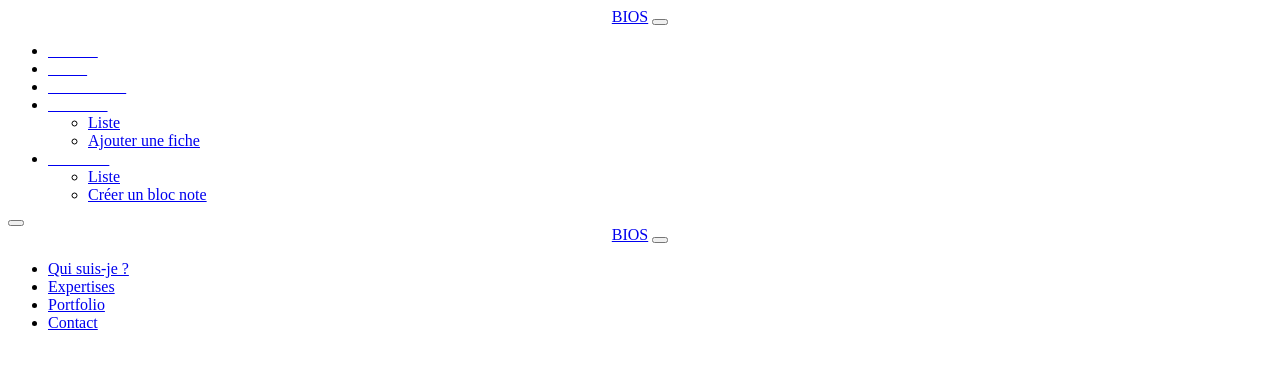
Repository: DSkillz/ABCDepanPC_Interventions
Page: menu.html
The author's editor kept a copy of each file at every save. The page is drawn from the files as they stood at one save, then again after the next save.
The browser window is 1280 px wide. The pictures show the whole page.

Above is the page before, as saved 2022-04-29 17:42:53.

### menu.html
	<div class="navbar navbar-inverse navbar-fixed-top headroom">
		<div class="container">
			<div class="navbar-header" align="center">
				<a href="#" class="myButton">BIOS</a>
				<!-- Button for smallest screens -->
				<button type="button" class="navbar-toggle" data-toggle="collapse" data-target=".navbar-collapse"><span
						class="icon-bar"></span> <span class="icon-bar"></span> <span class="icon-bar"></span> </button>
				<a class="navbar-brand" href="index.html">
					<!--<img src="assets/images/logo.png" alt="Progressus HTML5 template">--></a>
			</div>


			<div class="navbar-collapse collapse">
				<ul class="nav navbar-nav pull-right">
					<li><a href="intervention.php">
							<font color="#FFFFFF">Accueil</font>
						</a></li>
					<li><a href="client.php">
							<font color="#FFFFFF">Client</font>
						</a></li>
					<li><a href="intervention_liste.php">
							<font color="#FFFFFF">Intervention</font>
						</a></li>
					<li class="dropdown">
						<a href="#" class="dropdown-toggle" data-toggle="dropdown">
							<font color="#FFFFFF">Occasion</font><b class="caret"></b>
						</a>
						<ul class="dropdown-menu">
							<li class="active"><a href="occasion_liste.php">Liste</a></li>
							<li><a href="occasion.php">Ajouter une fiche</a></li>
						</ul>
					</li>
					<li class="dropdown">
						<a href="#" class="dropdown-toggle" data-toggle="dropdown">
							<font color="#FFFFFF">BlocNote</font><b class="caret"></b>
						</a>
						<ul class="dropdown-menu">
							<li class="active"><a href="blocnote_liste.php">Liste</a></li>
							<li><a href="blocnote.php">Créer un bloc note</a></li>
						</ul>
					</li>
				</ul>
			</div>
			<!--/.nav-collapse -->

		</div>
	</div>

	<nav class="navbar navbar-inverse navbar-fixed-top navbar-expand-md fixed-top headroom animated slideDown"
		style="min-height: 85px;">
		<div class="container">
			<button class="navbar-toggler collapsed" type="button" data-bs-toggle="collapse" data-bs-target="#navbarNav"
				aria-controls="navbarNav" aria-expanded="false" aria-label="Toggle navigation">
				<span class="navbar-toggler-icon"></span>
			</button>

			<div class="navbar-header" align="center">
				<a href="#" class="myButton">BIOS</a>
				<!-- Button for smallest screens -->
				<button type="button" class="navbar-toggle" data-toggle="collapse" data-target=".navbar-collapse"><span
						class="icon-bar"></span> <span class="icon-bar"></span> <span class="icon-bar"></span> </button>
				<a class="navbar-brand" href="index.html">
					<!--<img src="assets/images/logo.png" alt="Progressus HTML5 template">--></a>
			</div>
			<div class="navbar-collapse justify-content-end collapse" id="navbarNav" style="">
				<ul class="navbar-nav">
					<li class="nav-item">
						<a class="nav-link" href="#johndoe">Qui suis-je ?</a>
					</li>
					<li class="nav-item">
						<a class="nav-link" href="#expertise">Expertises</a>
					</li>
					<li class="nav-item">
						<a class="nav-link" href="#portfolio">Portfolio</a>
					</li>
					<li class="nav-item">
						<a class="nav-link" href="#contact">Contact</a>
					</li>
				</ul>
			</div>
		</div>
	</nav>

After the next save:
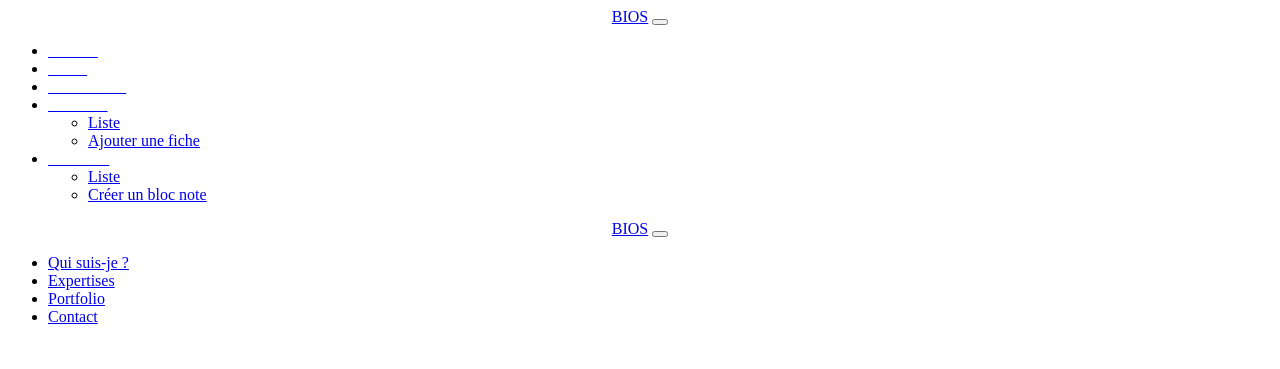
Saved 14 s later.
--- a/menu.html
+++ b/menu.html
@@ -49,10 +49,10 @@
 	<nav class="navbar navbar-inverse navbar-fixed-top navbar-expand-md fixed-top headroom animated slideDown"
 		style="min-height: 85px;">
 		<div class="container">
-			<button class="navbar-toggler collapsed" type="button" data-bs-toggle="collapse" data-bs-target="#navbarNav"
+			<!-- <button class="navbar-toggler collapsed" type="button" data-bs-toggle="collapse" data-bs-target="#navbarNav"
 				aria-controls="navbarNav" aria-expanded="false" aria-label="Toggle navigation">
 				<span class="navbar-toggler-icon"></span>
-			</button>
+			</button> -->
 
 			<div class="navbar-header" align="center">
 				<a href="#" class="myButton">BIOS</a>
